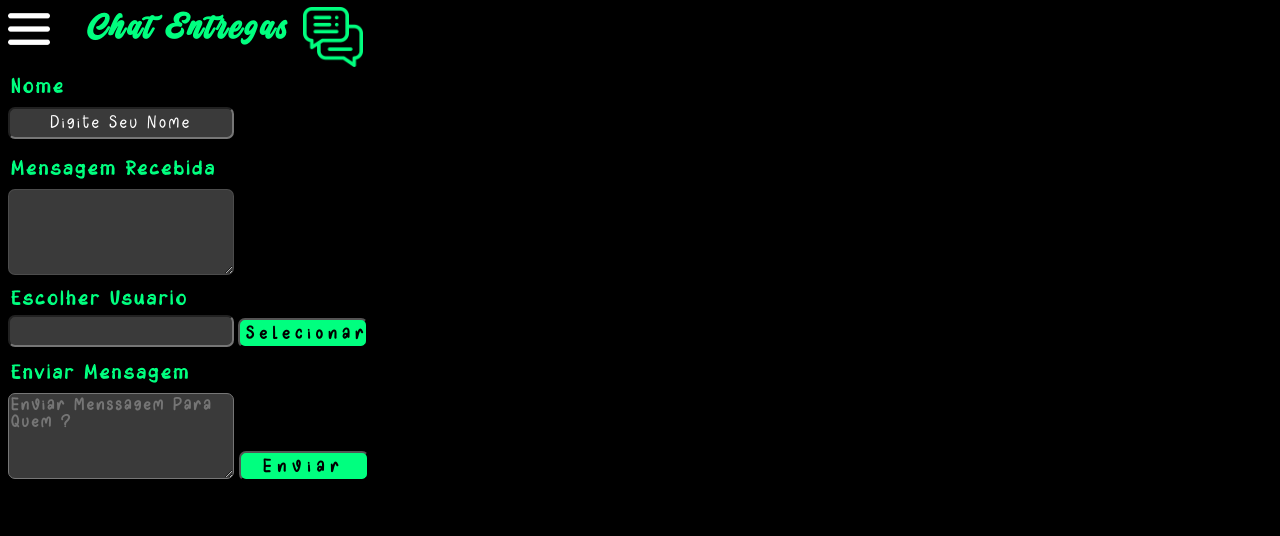
Repository: alfredo-allan/relatorioentregas
Page: pages/chatapp.html
These files come from the project's save history. The page is drawn as it stood at one moment and after a run of saves; the edit follows.
The browser window is 1280 px wide. The pictures show the whole page.

Above is the page before, as saved 2024-05-12 11:52:32.
Console error: TypeError: Cannot set properties of null (setting 'value')

After the next 2 saves:
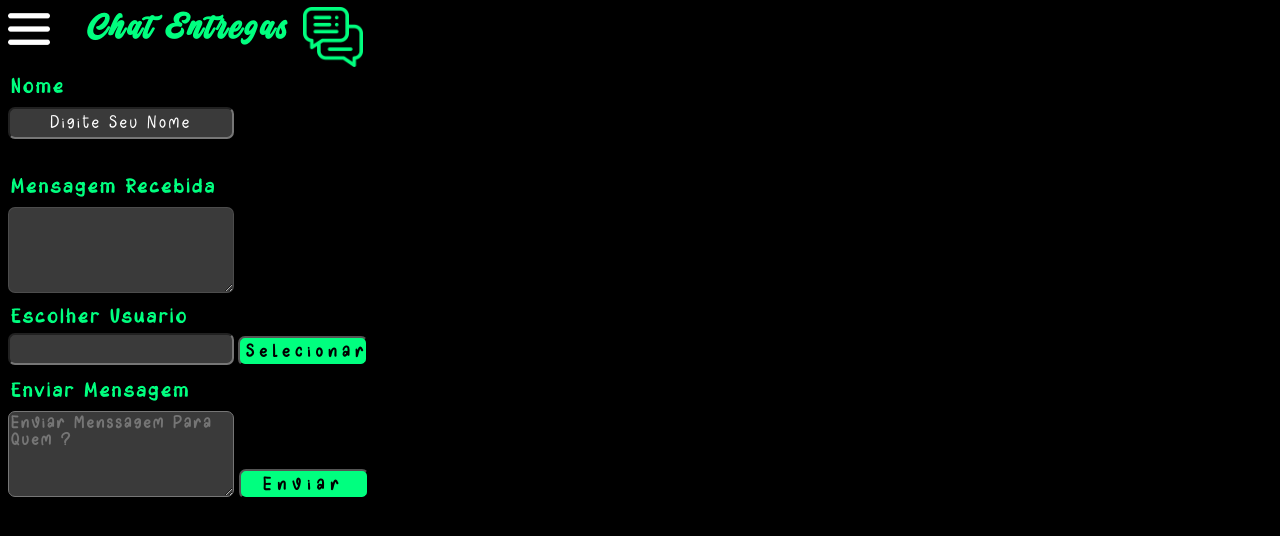
The 2 saves are shown as one change because they came seconds apart.
The last was saved 17 min 22 s later.
--- a/pages/chatapp.html
+++ b/pages/chatapp.html
@@ -23,6 +23,7 @@
     <div id="login">
       <span>Nome</span> <br />
       <input id="nomeusuario" type="text" placeholder="Digite Seu Nome" />
+      img
     </div>
     <div id="message">
       <span>Mensagem Recebida</span> <br />
